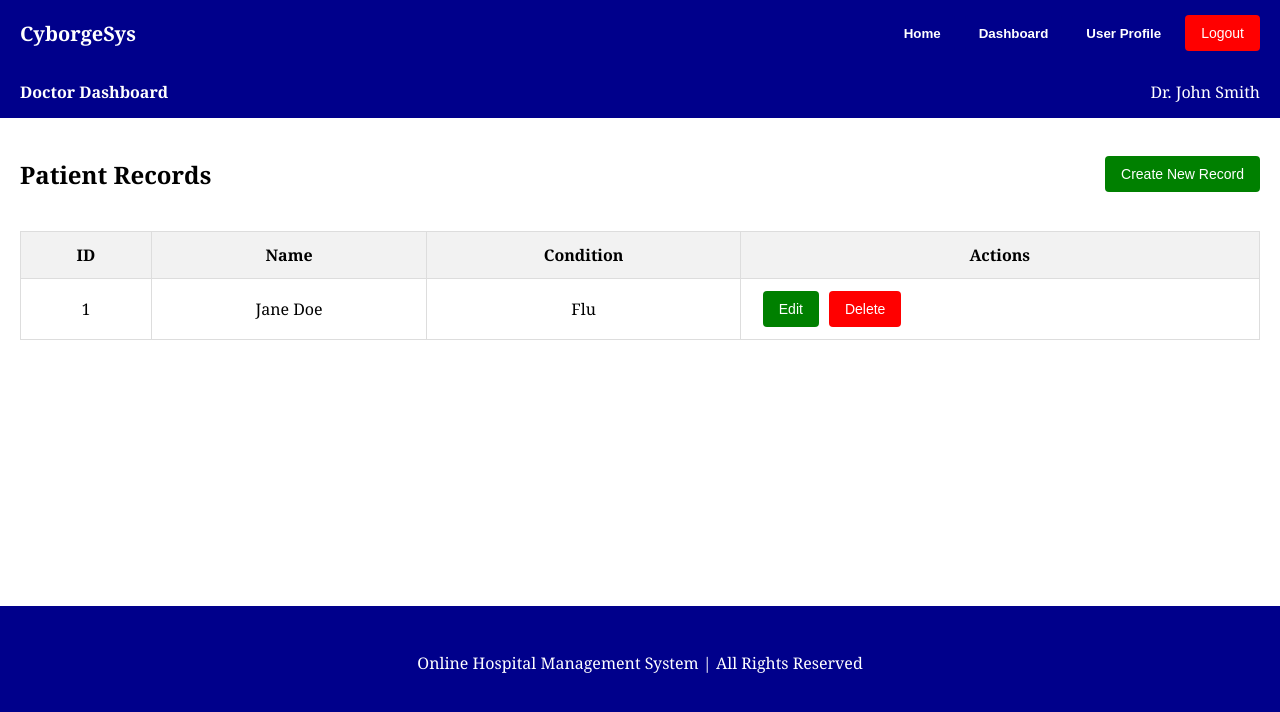
Repository: BinuriJ/HospitalSystem
Page: http://localhost/CyborgSys/DoctorDashboard.jsp
An editor plug-in stored every save of this project. The page is shown before and after the next save, followed by the edit.
The browser window is 1280 px wide. The pictures show the whole page.
The page is served by Tomcat 9.

Above is the page before, as saved 2025-05-10 05:31:43.

After the next save:
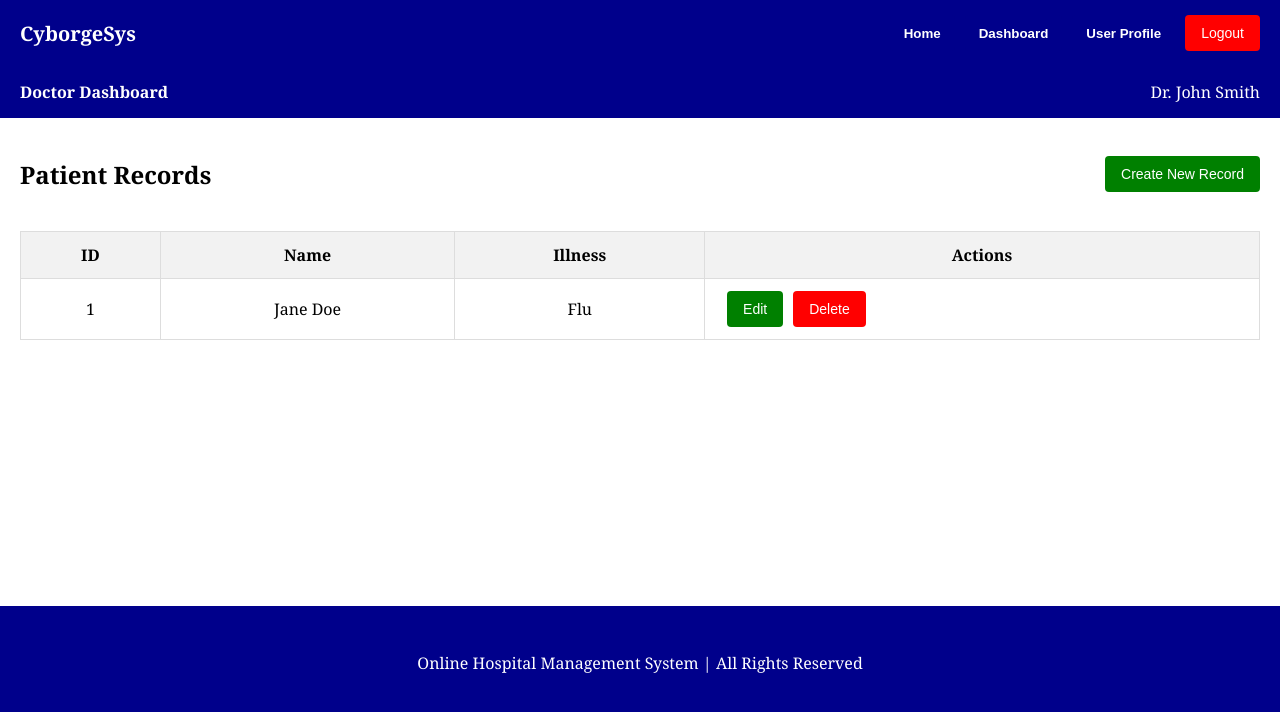
Saved 26 s later.
--- a/CyborgSys/WebContent/DoctorDashboard.jsp
+++ b/CyborgSys/WebContent/DoctorDashboard.jsp
@@ -33,7 +33,7 @@
             <tr>
                 <th>ID</th>
                 <th>Name</th>
-                <th>Condition</th>
+                <th>Illness</th>
                 <th>Actions</th>
             </tr>
         </thead>
@@ -43,7 +43,7 @@
                 <td>Jane Doe</td>
                 <td>Flu</td>
                 <td>
-                    <div class="actions" aling="center">
+                    <div class="actions">
                     	<br>
                         <button class="btn btn-edit">Edit</button>
                         <button class="btn btn-delete">Delete</button>
